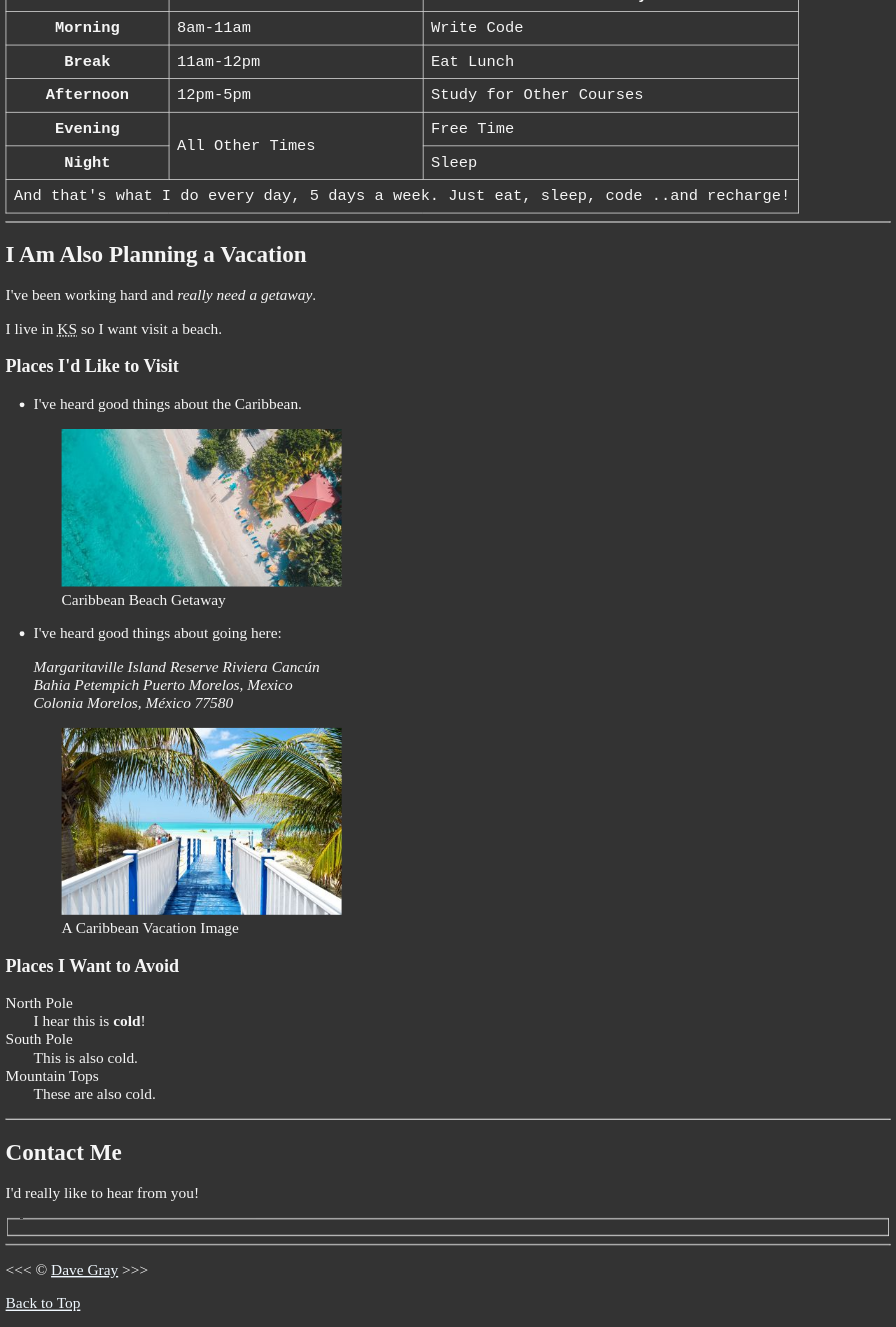
Repository: JavaProgrammerFromEastEurope/project-html-full-tutorial
Page: 09_lesson/index.html
These files come from the project's save history. The page is drawn as it stood at one moment and after the next save; the edit follows.
The browser window is 1280 px wide. The pictures show the part of the page from y = 1177 to 3097 px (the page is 3073 px tall before and 3097 px after), at 70% of full size.

Above is the page before, as saved 2023-04-07 04:36:09.

### 09_lesson/index.html
<!DOCTYPE html>
<html lang="en">
  <head>
    <meta charset="UTF-8" />
    <meta name="author" content="Dave Gray" />
    <meta
      name="description"
      content="This page contains all the things I am learning how to create as I learn HTML."
    />
    <title>My First Web Page</title>
    <link rel="icon" href="html5.png" type="image/x-icon" />
    <link rel="stylesheet" href="main.css" type="text/css" />
  </head>

  <body>
    <header>
      <h1>My Goals for the Year</h1>

      <nav aria-label="primary-navigation">
        <ul>
          <li>
            <a href="#html">Learning HTML</a>
          </li>
          <li>
            <a href="#vacation">Planning a Vacation</a>
          </li>
					<li><a href="#contact">Contact Me</a></li>
        </ul>
      </nav>
    </header>

    <hr />
    <main>
      <article id="html">
        <h2>I'm Ready to Learn HTML</h2>
        <p>This is my first web page.</p>
        <section>
          <h3>HTML5</h3>
          <img
            src="./assets/img/html_logo_300x300.png"
            alt="HTML5 Logo"
            title="I am learning HTML5"
            width="300"
            height="300"
          />
          <figure>
            <figcaption>An Example of HTML5 code</figcaption>
            <p>
              <code>&lt;h1&gt;Hello World!&lt;/h1&gt;</code>
            </p>
          </figure>
        </section>
        <section>
          <h3>My Daily Schedule</h3>
          <p>Let me tell you how:</p>
          <ol>
            <li>...I learn more about web dev.</li>
            <li>...I plan out my schedule.</li>
            <li>
              ...I use resources from
              <abbr title="Mozilla Developer Network">
                <a href="https://developer.mozilla.org/">MDN</a> </abbr
              >.
            </li>
          </ol>
          <aside>
            <details>
              <summary>
                Guess the <mark>number of hours</mark> I code per day
              </summary>
              <p>
                I start at <time datetime="08:00">8 am</time> and I write code
                for <time datetime="PT3H">3 hours</time> every morning.
              </p>
            </details>
          </aside>
          <br />
          <table>
            <caption>
              My Daily Schedule
            </caption>
            <thead>
              <tr>
                <th>&nbsp;</th>
                <th scope="col">Time</th>
                <th scope="col">Activity</th>
              </tr>
            </thead>
            <tbody>
              <tr>
                <th scope="row">Morning</th>
                <td>
                  <time datetime="08:00">8am</time>-<time datetime="11:00"
                    >11am</time
                  >
                </td>
                <td>Write Code</td>
              </tr>
              <tr>
                <th scope="row">Break</th>
                <td>
                  <time datetime="11:00">11am</time>-<time datetime="12:00"
                    >12pm</time
                  >
                </td>
                <td>Eat Lunch</td>
              </tr>
              <tr>
                <th scope="row">Afternoon</th>
                <td>
                  <time datetime="12:00">12pm</time>-<time datetime="17:00"
                    >5pm</time
                  >
                </td>
                <td>Study for Other Courses</td>
              </tr>
              <tr>
                <th scope="row">Evening</th>
                <td rowspan="2">All Other Times</td>
                <td>Free Time</td>
              </tr>
              <tr>
                <th scope="row">Night</th>
                <td>Sleep</td>
              </tr>
            </tbody>
            <tfoot>
              <tr>
                <td colspan="3">
                  And that's what I do every day, 5 days a week. Just eat,
                  sleep, code ..and recharge!
                </td>
              </tr>
            </tfoot>
          </table>
        </section>
      </article>

      <hr />

      <article id="vacation">
        <h2>I Am Also Planning a Vacation</h2>
        <p>I've been working hard and <em>really need a getaway</em>.</p>
        <p>I live in <abbr title="Kansas">KS</abbr> so I want visit a beach.</p>

        <section>
          <h3>Places I'd Like to Visit</h3>
          <ul>
            <li>
              <p>I've heard good things about the Caribbean.</p>
              <figure>
                <img
                  src="./assets/img/caribbean.jpg"
                  alt="Caribbean Beach"
                  title="I want to visit a Caribbean beach."
                  width="400"
                  height="225"
                  loading="lazy"
                />
                <figcaption>Caribbean Beach Getaway</figcaption>
              </figure>
            </li>
            <li>
              <p>I've heard good things about going here:</p>
              <address>
                Margaritaville Island Reserve Riviera Cancún<br />
                Bahia Petempich Puerto Morelos, Mexico<br />
                Colonia Morelos, México 77580
              </address>
              <figure>
                <img
                  src="./assets/img/vacation.jpg"
                  alt="Cancun Vacation"
                  title="It's 5 o'Clock Somewhere!"
                  width="400"
                  height="267"
                  loading="lazy"
                />
                <figcaption>A Caribbean Vacation Image</figcaption>
              </figure>
            </li>
          </ul>
        </section>
        <!-- TODO: Add more places -->
        <section>
          <h3>Places I Want to Avoid</h3>
          <dl>
            <dt>North Pole</dt>
            <dd>I hear this is <strong>cold</strong>!</dd>

            <dt>South Pole</dt>
            <dd>This is also cold.</dd>

            <dt>Mountain Tops</dt>
            <dd>These are also cold.</dd>
          </dl>
        </section>
      </article>
			<hr>

			<article id="contact">
				<h2>Contact Me</h2>
				<p>I'd really like to hear from you!</p>
				<form action="https://httpbin.org/get" method="get">
					<fieldset>
						<legend></legend>
					</fieldset>
				</form>
			</article>

    </main>
    <hr />
    <footer>
      <p>&lt;&lt;&lt; &copy; <a href="about.html">Dave Gray</a> &gt;&gt;&gt;</p>
      <p>
        <a href="#">Back to Top</a>
      </p>
    </footer>
  </body>
</html>

### 09_lesson/main.css
html {
    font-size: 22px;
}

body {
    background-color: #333;
    color: whitesmoke;
}

a {
    color: aliceblue;
}

a:visited {
    color: lightgray;
}

a:hover, a:active {
    color: #eee;
}

table, tr, th, td, caption {
	border: 1px solid #eee;
	font-family: 'Courier New', Courier, monospace;
	border-collapse: collapse;
	padding: 0.5rem;
}

After the next save:
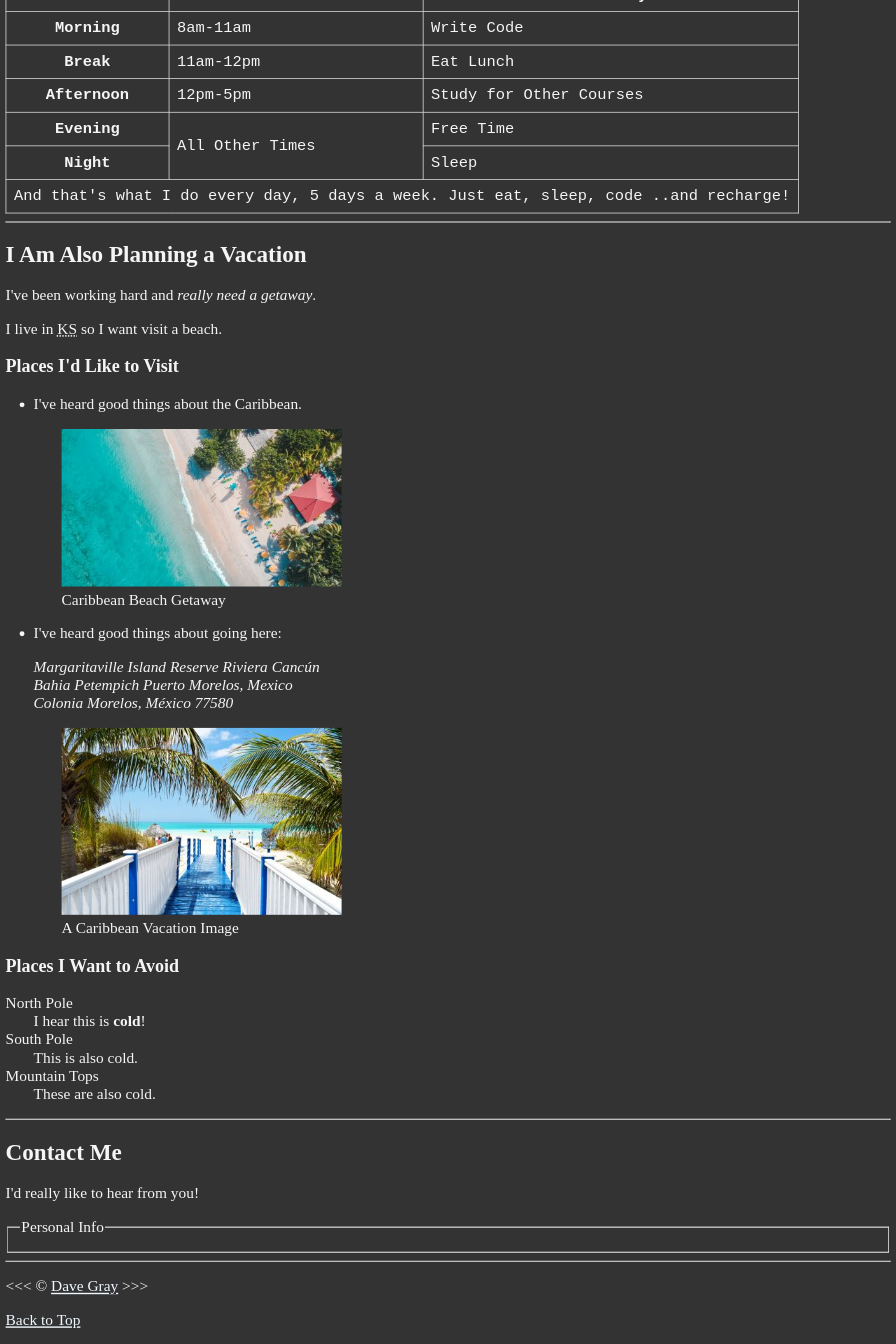
Saved 4 s later.
--- a/09_lesson/index.html
+++ b/09_lesson/index.html
@@ -203,7 +203,7 @@
 				<p>I'd really like to hear from you!</p>
 				<form action="https://httpbin.org/get" method="get">
 					<fieldset>
-						<legend></legend>
+						<legend>Personal Info</legend>
 					</fieldset>
 				</form>
 			</article>
